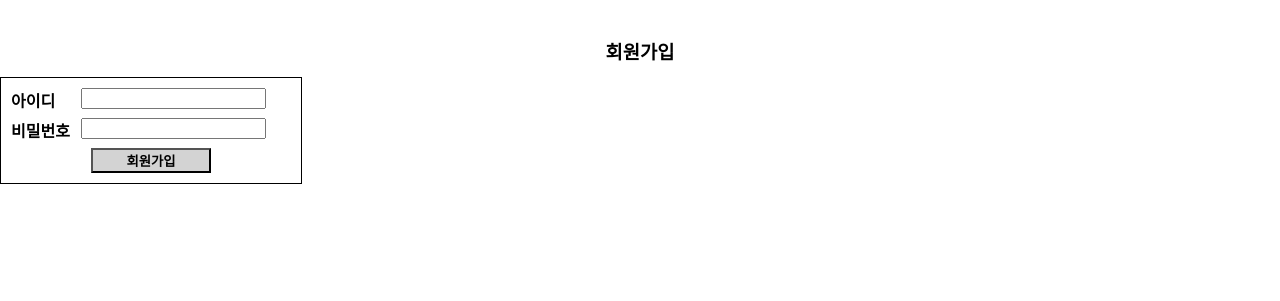
Repository: Gun-stack/jsp
Page: http://localhost/BankProj/signup.jsp
These files come from the project's save history. The page is drawn as it stood at one moment and after the next save; the edit follows.
The browser window is 1280 px wide. The pictures show the whole page.
The page is served by Tomcat 9. Other server files are loaded and not shown.

Above is the page before, as saved 2023-09-21 05:25:43.

### jsp_workspace/BankProj/BankProj/src/main/webapp/signup.jsp
<%@ page language="java" contentType="text/html; charset=UTF-8"
    pageEncoding="UTF-8"%>
<!DOCTYPE html>
<html>
<head>
<meta charset="UTF-8">
<title>Insert title here</title>
<style>
    body {
        margin: 0 auto;
    }

    .container {
        padding:10px;
        border: 1px solid;
        width:280px;
    }
    .header {
        height: 40px;
    }

    .row {
        height: 30px;
    }

    .title {
        width: 70px;
        float: left;
        font-weight: bold;
    }

    .input {
        float: left;
    }

    input[type='submit'] {
        font-weight: bold;
        width:120px;
        background-color: lightgrey;
    }
</style>
</head>
<body>
	<div>
        <form action="userInfo" method="post">
        	<br>
            <div class="header" style="text-align: center;">
                <h3>회원가입</h3>
            </div>
            <div class="container">
                <div class="row">
                    <div class="title">아이디</div>
                    <div class="input"><input type="text" name="id" id='id'></div>
                </div>
                <!-- <div class="row">
                    <div class="title">이름</div>
                    <div class="input"><input type="text" name="name" id='name'></div>
                </div> -->
                <div class="row">
                    <div class="title">비밀번호</div>
                    <div class="input"><input type="password" name="password" id='password'></div>
                </div>
                <!-- <div class="row">
                    <div class="title">이메일</div>
                    <div class="input"><input type="text" name="email" id='email'></div>
                </div>
                <div class="row">
                    <div class="title">성별</div>
                    <div class="input">
                    	<input type="radio" name="gender" value='male'>남
                    	<input type="radio" name="gender" value='female'>여
                    </div>
                </div> -->
                <div class="button" style="text-align:center;">
                    <input type="submit" id="makeBtn" value="회원가입">
                </div>
            </div>
        </form>
    </div>
</body>
</html>

After the next save:
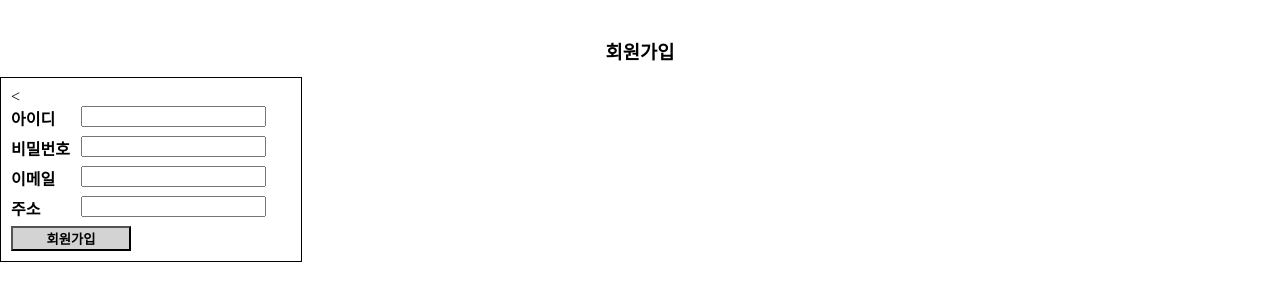
Saved 2 min 0 s later.
--- a/jsp_workspace/BankProj/BankProj/src/main/webapp/signup.jsp
+++ b/jsp_workspace/BankProj/BankProj/src/main/webapp/signup.jsp
@@ -48,32 +48,28 @@
                 <h3>회원가입</h3>
             </div>
             <div class="container">
-                <div class="row">
+                <  <div class="row">
                     <div class="title">아이디</div>
-                    <div class="input"><input type="text" name="id" id='id'></div>
+                    <div class="input"><input type="text" name="id"></div>
                 </div>
-                <!-- <div class="row">
-                    <div class="title">이름</div>
-                    <div class="input"><input type="text" name="name" id='name'></div>
-                </div> -->
                 <div class="row">
                     <div class="title">비밀번호</div>
-                    <div class="input"><input type="password" name="password" id='password'></div>
-                </div>
-                <!-- <div class="row">
-                    <div class="title">이메일</div>
-                    <div class="input"><input type="text" name="email" id='email'></div>
+                    <div class="input"><input type="password" name="password"></div>
                 </div>
                 <div class="row">
-                    <div class="title">성별</div>
-                    <div class="input">
-                    	<input type="radio" name="gender" value='male'>남
-                    	<input type="radio" name="gender" value='female'>여
-                    </div>
-                </div> -->
-                <div class="button" style="text-align:center;">
+                    <div class="title">이메일</div>
+                    <div class="input"><input type="text" name="email"></div>
+                </div>
+                <div class="row">
+                    <div class="title">주소</div>
+                    <div class="input"><input type="text" name="address"></div>
+                </div>
+                <div class="button">
                     <input type="submit" id="makeBtn" value="회원가입">
                 </div>
+                <!-- <div class="button" style="text-align:center;">
+                    <input type="submit" id="makeBtn" value="회원가입">
+                </div> -->
             </div>
         </form>
     </div>
